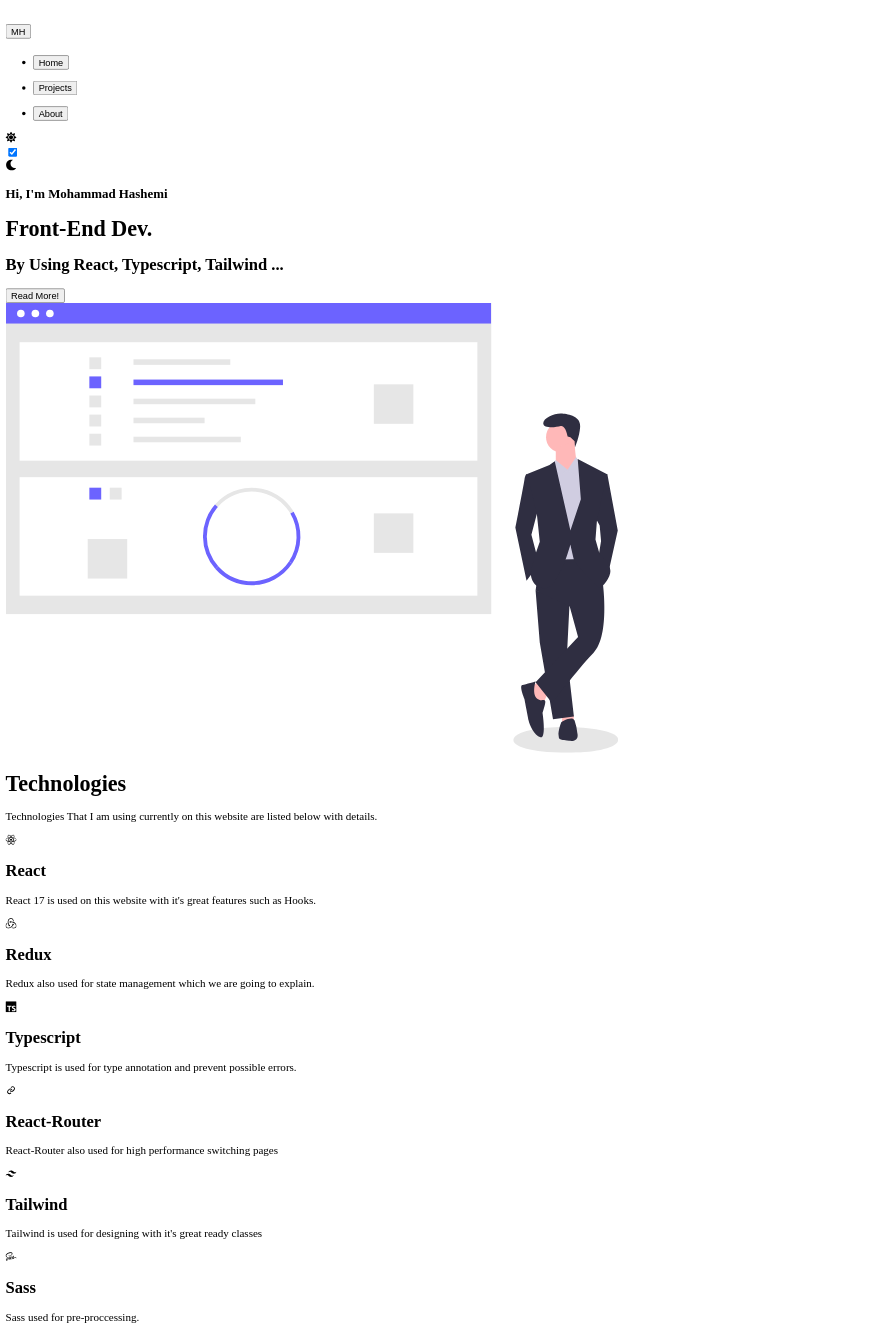
Repository: SMohammadH/react-typescript-tailwind
Page: /
The author's editor kept a copy of each file at every save. The page is drawn from the files as they stood at one save, then again after the next save.
The browser window is 1280 px wide. The pictures show the whole page, at 69% of full size.
The project was rebuilt for these pictures with package versions that can differ from the ones it lists, and the page was loaded fresh each time. Also part of the build but not shown: craco.config.js.

Above is the page before, as saved 2021-02-03 09:19:40.

### src/index.css
.dark {
  --color-bg-primary: #2d3748;
  --color-bg-secondary: #283141;
  --color-text-primary: #f7fafc;
  --color-text-secondary: #e2e8f0;
  --color-text-accent: #c5b358;
}

.light {
  --color-bg-primary: #ffffff;
  --color-bg-secondary: #edf2f7;
  --color-text-primary: #2d3748;
  --color-text-secondary: #4a5568;
  --color-text-accent: #2b6cb0;
}

@import 'tailwindcss/base';
@import 'tailwindcss/components';
@import 'tailwindcss/utilities';

### src/App.tsx
import './App.css';
import 'tailwindcss/tailwind.css';
import { ThemeProvider } from './dark-mode/themeContext';
import { Navbar } from './components/Navbar';
import { FirstSection } from './components/FirstSection';
import { SecondSection } from './components/SecondSection';

const App: React.FC = () => {
  return (
    <div>
      <ThemeProvider>
        <Navbar />
        <div className="body bg-primary text-primary">
          <FirstSection />
          <SecondSection />
        </div>
      </ThemeProvider>
    </div>
  );
};

export default App;

### src/App.css
.font-gold {
  color: #c5b358;
}

### src/dark-mode/themeContext.tsx
import React from 'react';

const getInitialTheme = () => {
  if (typeof window !== 'undefined' && window.localStorage) {
    const storedPrefs = window.localStorage.getItem('color-theme');
    if (typeof storedPrefs === 'string') {
      return storedPrefs;
    }

    const userMedia = window.matchMedia('(prefers-color-scheme: dark)');
    if (userMedia.matches) {
      return 'dark';
    }
  }

  // If you want to use light theme as the default, return "light" instead
  return 'dark';
};

interface IContextProps {
  theme: string;
  setTheme: React.Dispatch<React.SetStateAction<string>>;
}
// Remember if You wanna uncomment above remove null in the next line.
export const ThemeContext = React.createContext({} as IContextProps);

interface ThemeProps {
  initialTheme?: any;
  children: any;
}

export const ThemeProvider: React.FC<ThemeProps> = ({
  initialTheme,
  children,
}) => {
  const [theme, setTheme] = React.useState(getInitialTheme);

  const rawSetTheme = (theme: string) => {
    const root = window.document.documentElement;
    const isDark = theme === 'dark';

    root.classList.remove(isDark ? 'light' : 'dark');
    root.classList.add(theme);

    localStorage.setItem('color-theme', theme);
  };

  if (initialTheme) {
    rawSetTheme(initialTheme);
  }

  React.useEffect(() => {
    rawSetTheme(theme);
  }, [theme]);

  return (
    <ThemeContext.Provider value={{ theme, setTheme }}>
      {children}
    </ThemeContext.Provider>
  );
};

### src/components/Navbar.tsx
import { Toggle } from '../dark-mode/toggle';

export const Navbar = () => {
  return (
    <div className="bg-gray-800 text-gray-100  fixed  w-full z-10">
      <div className="max-w-screen-xl mx-auto px-2 sm:px-6 lg:px-8">
        <div className="relative flex items-center justify-between h-16">
          <div>
            <h1 className="text-3xl font-gold">
              <button>MH</button>
            </h1>
          </div>
          <div className="flex">
            <div className="flex space-x-9 text-lg">
              <ul>
                <li>
                  <button>Home</button>
                </li>
              </ul>
              <ul>
                <li>
                  <button>Projects</button>
                </li>
              </ul>
              <ul>
                <li>
                  <button>About</button>
                </li>
              </ul>
            </div>
            <div className="ml-9 self-center">
              <Toggle />
            </div>
          </div>
        </div>
      </div>
    </div>
  );
};

### src/components/FirstSection.tsx
import Success from '../svg/success.svg';

export const FirstSection = () => {
  return (
    <div className="flex justify-between  space-x-20 p-10 pt-40 max-w-screen-xl mx-auto md:flex-row">
      <div className="self-center pb-20 mb-20 space-y-2">
        <h3 className="text-xl">Hi, I'm Mohammad Hashemi</h3>
        <h1 className="text-5xl text-accent">Front-End Dev.</h1>
        <h2 className="text-medium">
          By Using React, Typescript, Tailwind ...
        </h2>
        <button className="btn">Read More!</button>
      </div>
      <div className="">
        <img src={Success} alt="" />
      </div>
    </div>
  );
};

### src/components/SecondSection.tsx
import { Card } from './Card';
import { FaSass } from 'react-icons/fa';
import { SiTypescript, SiTailwindcss, SiRedux, SiReact } from 'react-icons/si';
import { BiLink } from 'react-icons/bi';

const text = [
  {
    react: `React 17 is used on this website with it's great features such as Hooks.`,
  },
  {
    redux:
      'Redux also used for state management which we are going to explain.',
  },
  {
    typescript:
      'Typescript is used for type annotation and prevent possible errors.',
  },
  {
    reactRouter: 'React-Router also used for high performance switching pages',
  },
  { tailwind: `Tailwind is used for designing with it's great ready classes` },
  { sass: 'Sass used for pre-proccessing.' },
];
console.log(text[0].react);

export const SecondSection = () => {
  return (
    <div className="bg-secondary text-secondary">
      <div className="max-w-screen-xl mx-auto px-5 py-24">
        <div className="text-center mb-20">
          <h1 className="text-accent mb-4 text-4xl leading-10 tracking-tight sm:text-5xl sm:leading-none md:text-6xl">
            Technologies
          </h1>
          <p className="text-base leading-relaxed xl:w-2/4 lg:w-3/4 mx-auto">
            Technologies That I am using currently on this website are listed
            below with details.
          </p>
          <div className="flex mt-6 justify-center">
            <div className="w-16 h-1 rounded-full bg-indigo-500 inline-flex"></div>
          </div>
        </div>
        <div className="flex flex-wrap sm:-m-4 -mx-4 -mb-10 -mt-4">
          <Card
            Img={SiReact}
            imgSize={10}
            header="React"
            imgColor="blue-600"
            imgBack="blue"
            text={text[0].react}
          />
          <Card
            Img={SiRedux}
            imgSize={10}
            header="Redux"
            imgColor="purple-500"
            imgBack="purple"
            text={text[1].redux}
          />
          <Card
            Img={SiTypescript}
            imgSize={7}
            header="Typescript"
            imgColor="blue-700"
            imgBack="blue"
            text={text[2].typescript}
          />

          <Card
            Img={BiLink}
            imgSize={10}
            header="React-Router"
            imgColor="red-600"
            imgBack="red"
            text={text[3].reactRouter}
          />
          <Card
            Img={SiTailwindcss}
            imgSize={10}
            header="Tailwind"
            imgColor="green-500"
            imgBack="green"
            text={text[4].tailwind}
          />

          <Card
            Img={FaSass}
            imgSize={10}
            header="Sass"
            imgColor="pink-600"
            imgBack="pink"
            text={text[5].sass}
          />
        </div>
      </div>
    </div>
  );
};

### src/dark-mode/toggle.tsx
import React from 'react';
import { ThemeContext } from './themeContext';
import './toggle.css';
import { FaSun } from 'react-icons/fa';
import { FaMoon } from 'react-icons/fa';

export const Toggle = () => {
  const { theme, setTheme } = React.useContext(ThemeContext);

  const isDark = () => {
    return theme === 'dark';
  };

  return (
    <label className="flex items-center cursor-pointer">
      <div className="ml-3 font-medium mr-3">
        {theme === 'light' ? (
          <FaSun className="text-yellow-100 text-2xl" />
        ) : (
          <FaSun className="text-gray-400" />
        )}
      </div>
      <div className="relative">
        <input
          type="checkbox"
          className="hidden"
          checked={isDark()}
          onChange={e => setTheme(e.target.checked ? 'dark' : 'light')}
        />
        <div className="toggle__line w-10 h-4 bg-gray-400 rounded-full shadow-inner"></div>
        <div className="toggle__dot absolute w-6 h-6 bg-white rounded-full shadow inset-y-0 left-0"></div>
      </div>

      <div className="ml-3 ">
        {theme === 'light' ? (
          <FaMoon className="text-gray-400" />
        ) : (
          <FaMoon className="text-blue-100 text-xl" />
        )}
      </div>
    </label>
  );
};

### src/components/Card.tsx
interface Props {
  Img: any;
  imgSize: number;
  imgColor: string;
  imgBack: string;
  header: string;
  text?: string;
}

export const Card: React.FC<Props> = ({
  Img,
  imgSize,
  imgColor,
  imgBack,
  header,
  text,
}) => {
  return (
    <div className="relative max-w-sm  md:max-w-xs mx-auto ">
      <div
        className={`absolute mb-10 ml-5 inset-0 bg-gradient-to-r from-${imgBack}-200 to-${imgBack}-400 dark:from-${imgBack}-700 dark:to-${imgBack}-900 shadow-lg transform -skew-y-3 sm:skew-y-0 sm:-rotate-6 rounded-3xl`}
      ></div>
      <div className="relative py-7 px-2 md:mb-0 flex flex-col ">
        <div className="shadow-lg rounded-3xl bg-primary text-primary px-4 py-10 mr-6 transform translate-x-6 -translate-y-6  ">
          <div
            className={` inline-flex w-12 h-12 rounded-full items-center justify-center bg-${imgBack}-100 text-${imgColor} mb-4 flex-shrink-0 p-2`}
          >
            <Img className={`w-${imgSize} h-${imgSize}`} />
            {/* className="w-6 h-6"
              fill="none"
              stroke="currentColor"
              viewBox="0 0 24 24"
              xmlns="http://www.w3.org/2000/svg"
            >
              <path
                stroke-linecap="round"
                stroke-linejoin="round"
                stroke-width="2"
                d="M7 21a4 4 0 01-4-4V5a2 2 0 012-2h4a2 2 0 012 2v12a4 4 0 01-4 4zm0 0h12a2 2 0 002-2v-4a2 2 0 00-2-2h-2.343M11 7.343l1.657-1.657a2 2 0 012.828 0l2.829 2.829a2 2 0 010 2.828l-8.486 8.485M7 17h.01"
              ></path>
            </Img> */}
          </div>
          <div className="flex-grow ">
            <h2 className="text-primary text-xl title-font font-medium mb-3">
              {header}
            </h2>
            <p className="leading-relaxed text-sm text-justify">{text}</p>
          </div>
        </div>
      </div>
    </div>
  );
};

### src/dark-mode/toggle.css
.toggle__dot {
  top: -0.25rem;
  left: -0.25rem;
  transition: all 0.3s ease-in-out;
}

input:checked ~ .toggle__dot {
  transform: translateX(100%);
  background-color: #48bb78;
}

### tailwind.config.js
module.exports = {
  purge: [],
  darkMode: 'class', // or 'media' or 'class'
  theme: {
    extend: {
      backgroundColor: {
        primary: 'var(--color-bg-primary)',
        secondary: 'var(--color-bg-secondary)',
      },
      textColor: {
        accent: 'var(--color-text-accent)',
        primary: 'var(--color-text-primary)',
        secondary: 'var(--color-text-secondary)',
      },
    },
  },
  variants: {
    extend: {},
  },
  plugins: [],
};

Loaded but not shown: public/index.html (common file); src/index.tsx (common file)

After the next save:
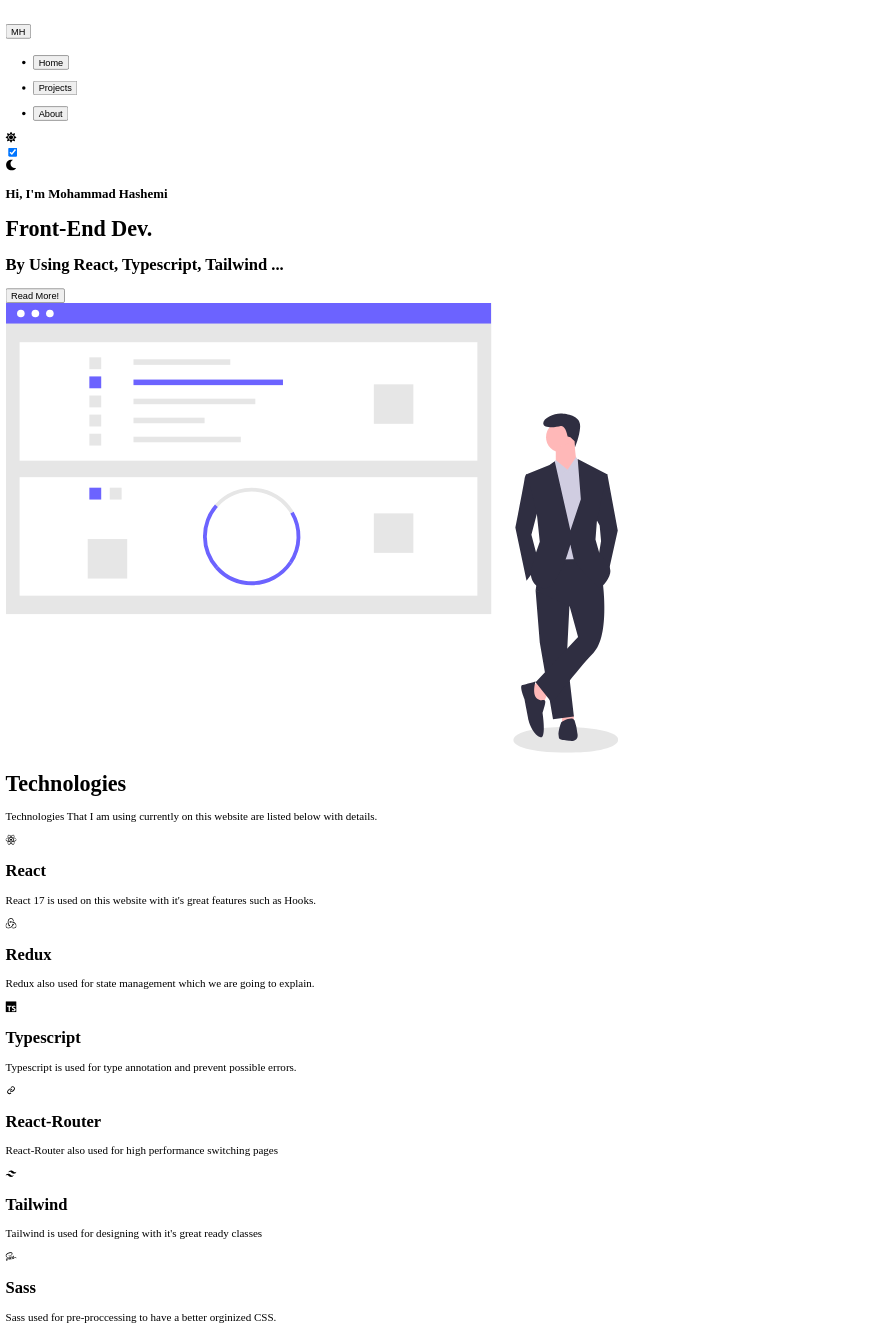
Saved 20 s later.
--- a/src/components/SecondSection.tsx
+++ b/src/components/SecondSection.tsx
@@ -19,7 +19,7 @@
     reactRouter: 'React-Router also used for high performance switching pages',
   },
   { tailwind: `Tailwind is used for designing with it's great ready classes` },
-  { sass: 'Sass used for pre-proccessing.' },
+  { sass: 'Sass used for pre-proccessing to have a better orginized CSS.' },
 ];
 console.log(text[0].react);
 
